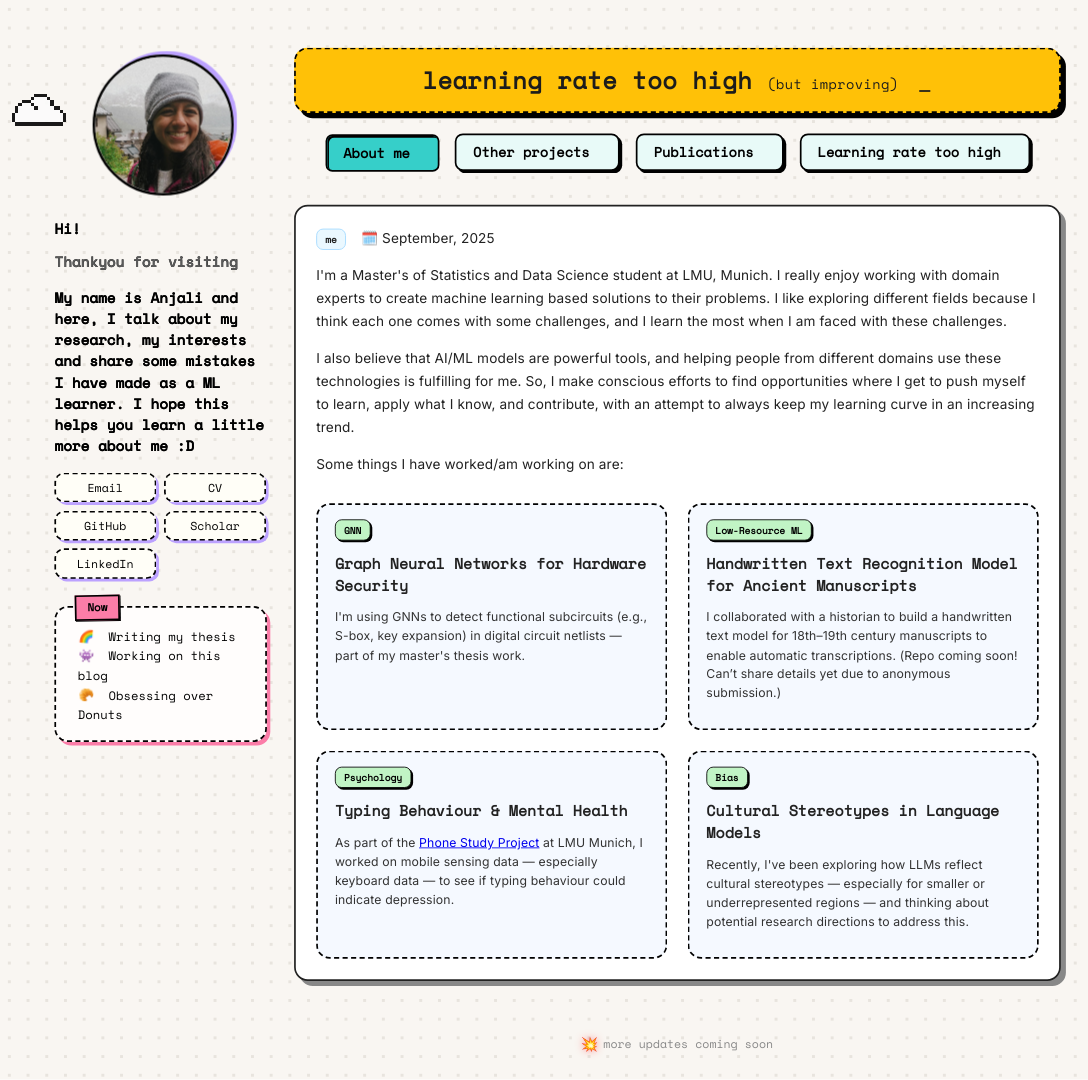
Repository: anjalisarawgi/learning_rate_too_high
Page: index.html
An editor plug-in stored every save of this project. The page is shown before and after the next save, followed by the edit.
The browser window is 1280 px wide. The pictures show the whole page, at 85% of full size.

Above is the page before, as saved 2025-11-04 15:15:40.

After the next save:
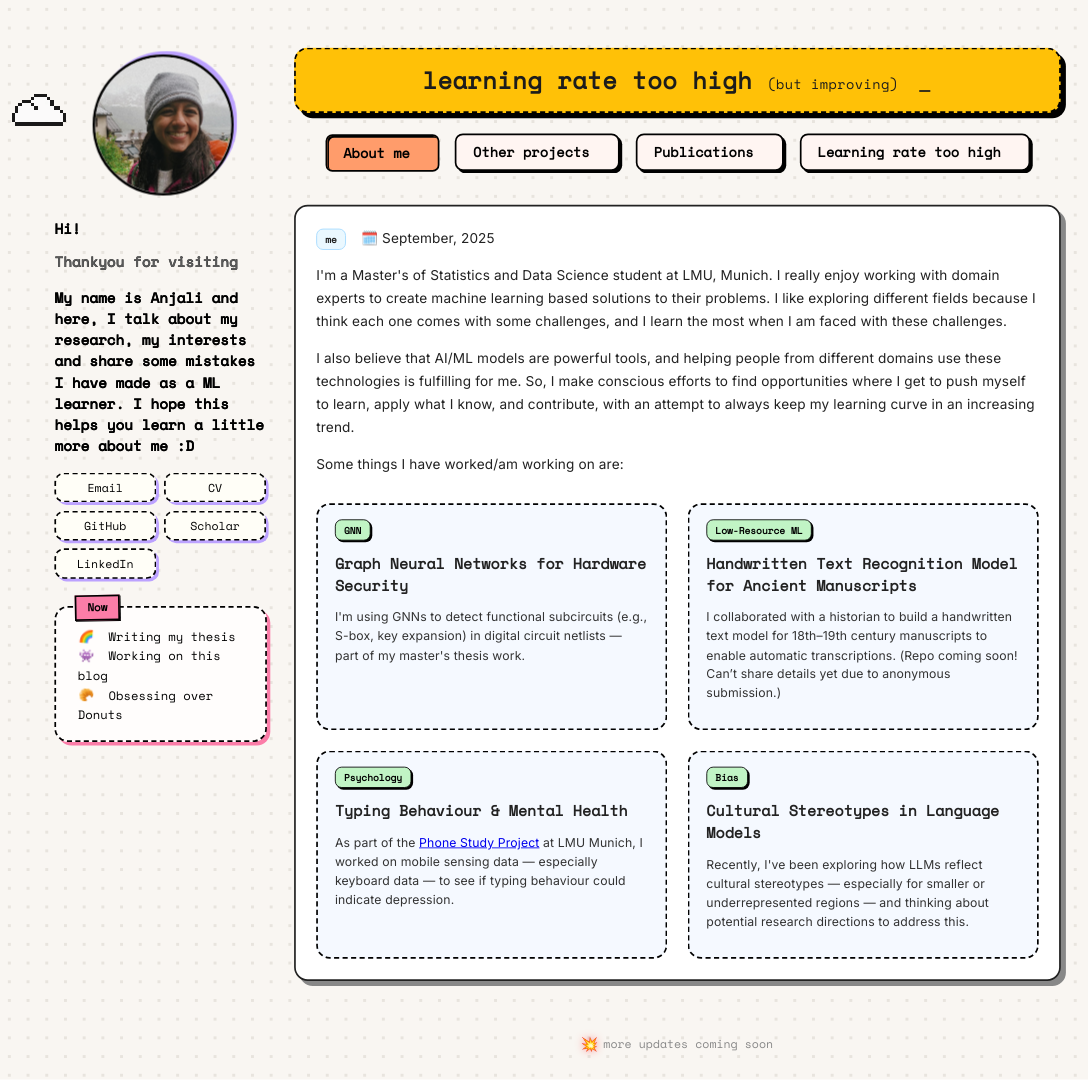
Saved 11 s later.
--- a/index.html
+++ b/index.html
@@ -462,7 +462,6 @@ footer .boom {
   text-align: center;
 }
 
-
 nav {
   display: flex;
   justify-content: center;
@@ -477,7 +476,7 @@ nav a {
   color: #000;
   font-family: 'Space Mono', monospace;
   font-weight: 600;
-  background: #E8FAF8; /* light minty base */
+  background: #FFF5F2; /* soft lavender-tinted white */
   border: 2px solid #000;
   border-radius: 0.6rem;
   padding: 0.5rem 1.2rem;
@@ -486,19 +485,20 @@ nav a {
 }
 
 nav a:hover {
-  background: #C6F2EC; /* brighter teal hover */
+  background: #FFDCD2; /* light pastel purple */
   transform: translate(-2px, -2px);
   box-shadow: 5px 5px 0 #000;
 }
 
 nav a.active {
-  background: #36CFC9; /* bold vibrant teal for active */
+  background: #FF9C6B; /* pink accent from your “Now” block */
   color: #000;
   border: 2px solid #000;
   box-shadow: 2px 2px 0 #000 inset;
   transform: translate(1px, 1px);
 }
 
+/* Optional tiny underscore animation */
 nav a::after {
   content: "_";
   opacity: 0;
